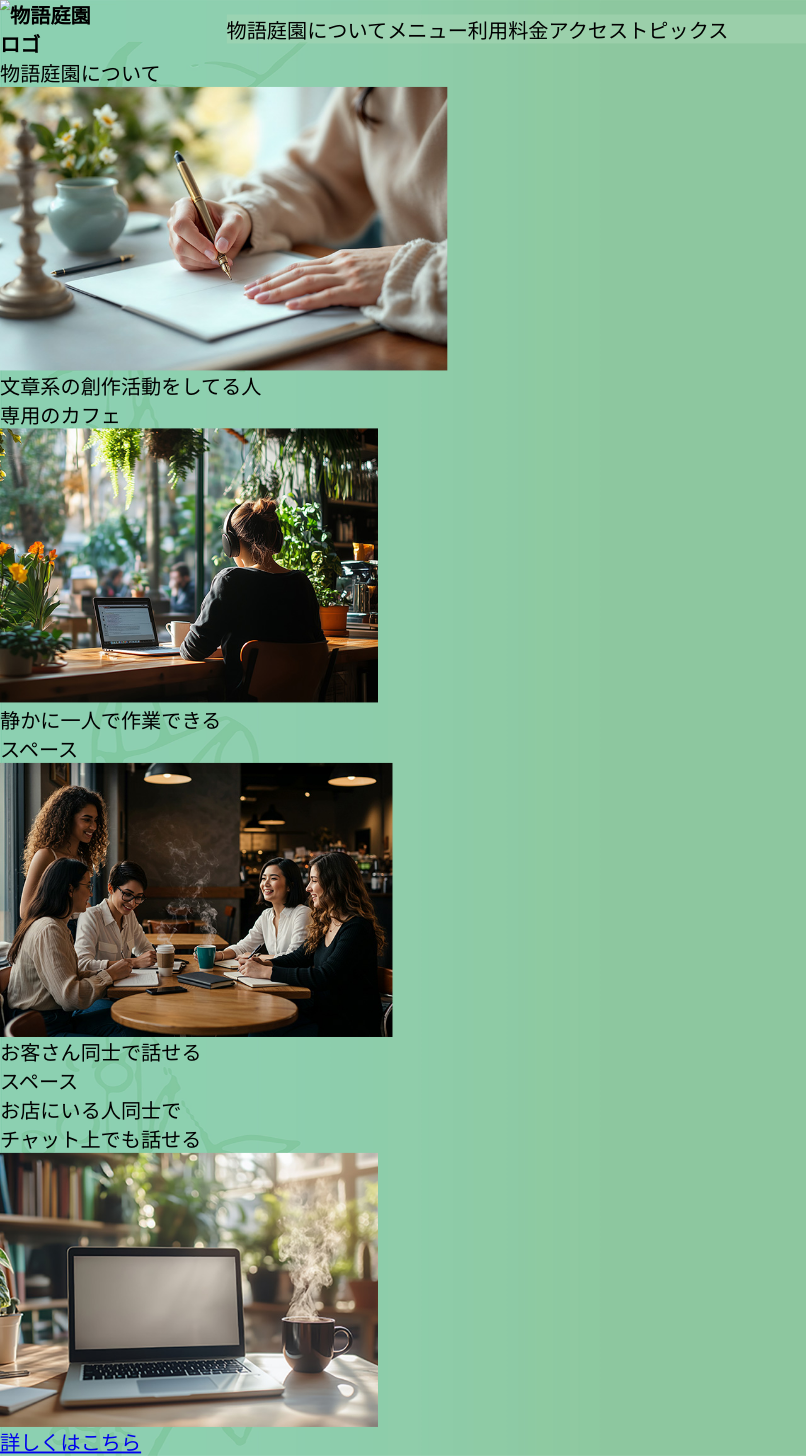
Repository: saka-kou/GardenStory
Page: index.html
The author's editor kept a copy of each file at every save. The page is drawn from the files as they stood at one save, then again after the next save.
The browser window is 1280 px wide. The pictures show the whole page, at 63% of full size.
Some web fonts or font styles are not loaded; a fallback is used.

Above is the page before, as saved 2025-07-23 17:30:33.
Not found: images/ロゴ.svg

After the next save:
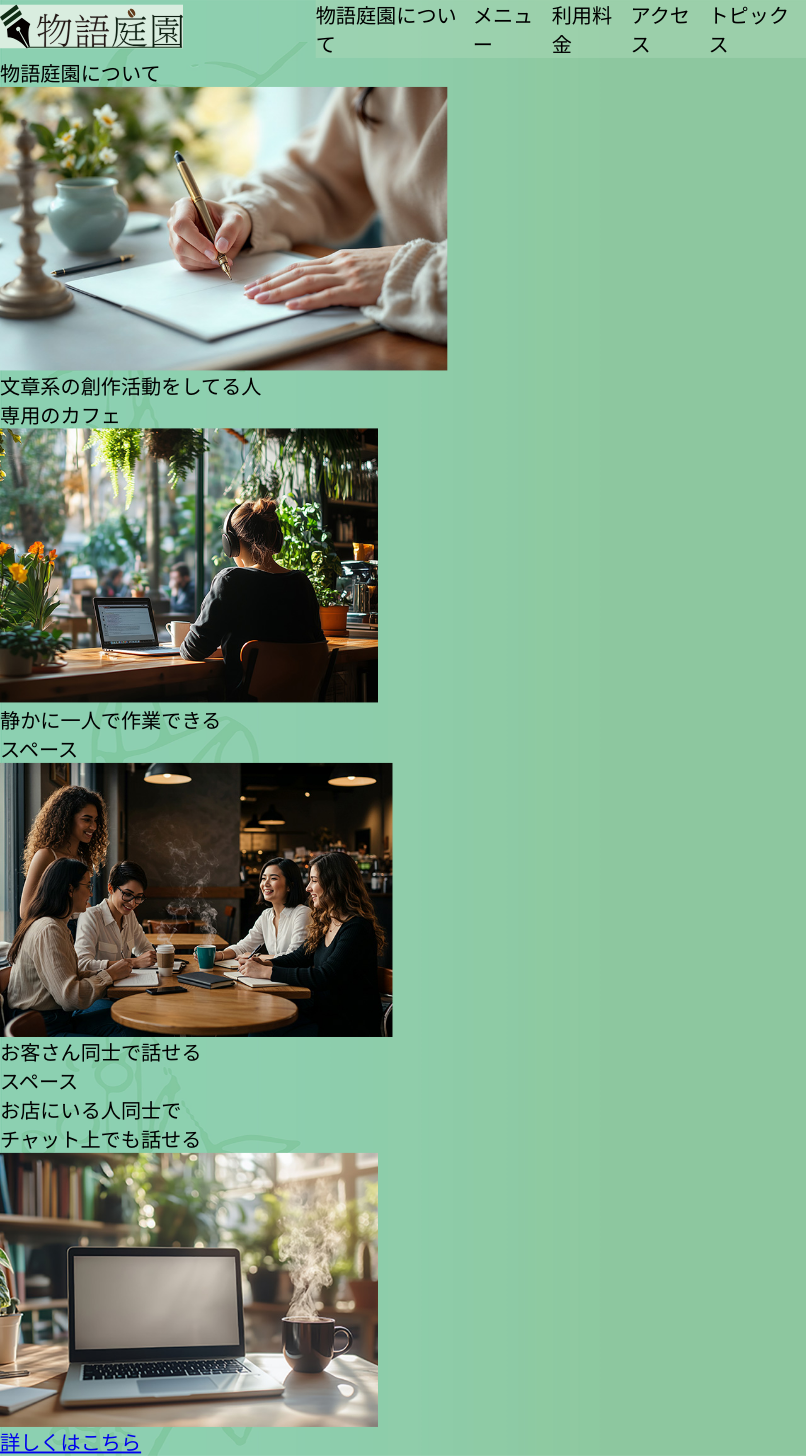
Saved 30 s later.
--- a/index.html
+++ b/index.html
@@ -12,7 +12,7 @@
 </head>
 <body>
     <header>
-        <h1><img src="images/ロゴ.svg" alt="物語庭園ロゴ"></h1>
+        <h1><img src="images/logo.svg" alt="物語庭園ロゴ"></h1>
         <ul id="gnavi" class="consept-text">
             <li>物語庭園について</li>
             <li>メニュー</li>
